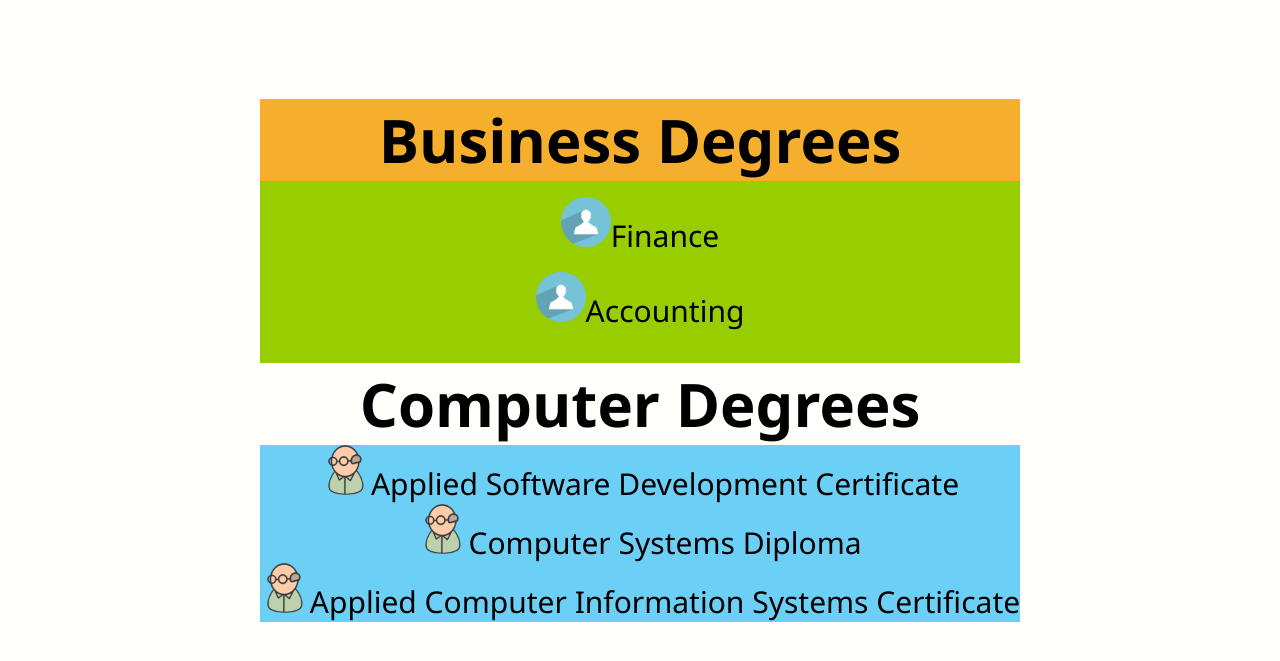
Repository: NeemaToto/mdia2109week3
Page: /
The author's editor kept a copy of each file at every save. The page is drawn from the files as they stood at one save, then again after the next save.
The browser window is 1280 px wide. The pictures show the whole page.
The project was rebuilt for these pictures with package versions that can differ from the ones it lists, and the page was loaded fresh each time. The framework's server and built-in components were replaced by stand-ins that run in the browser. Also part of the build but not shown: next.config.js.

Above is the page before, as saved 2023-01-19 13:02:25.

After the next save:
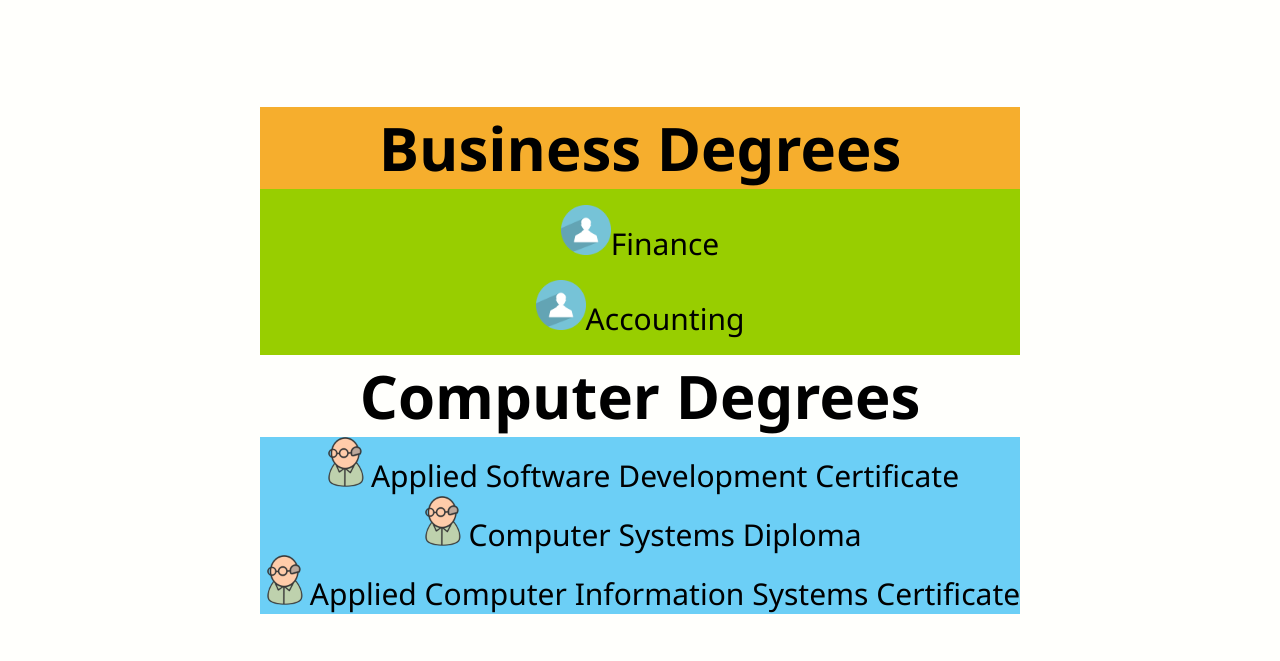
Saved 4 s later.
--- a/styles/Home.module.css
+++ b/styles/Home.module.css
@@ -289,7 +289,7 @@
   flex-direction: column;
   gap: 1rem;
   background-color: #98CE00;
-  padding-bottom: 2rem;
+  padding-bottom: 1rem;
 }
 
 .businessContainer > h1{
